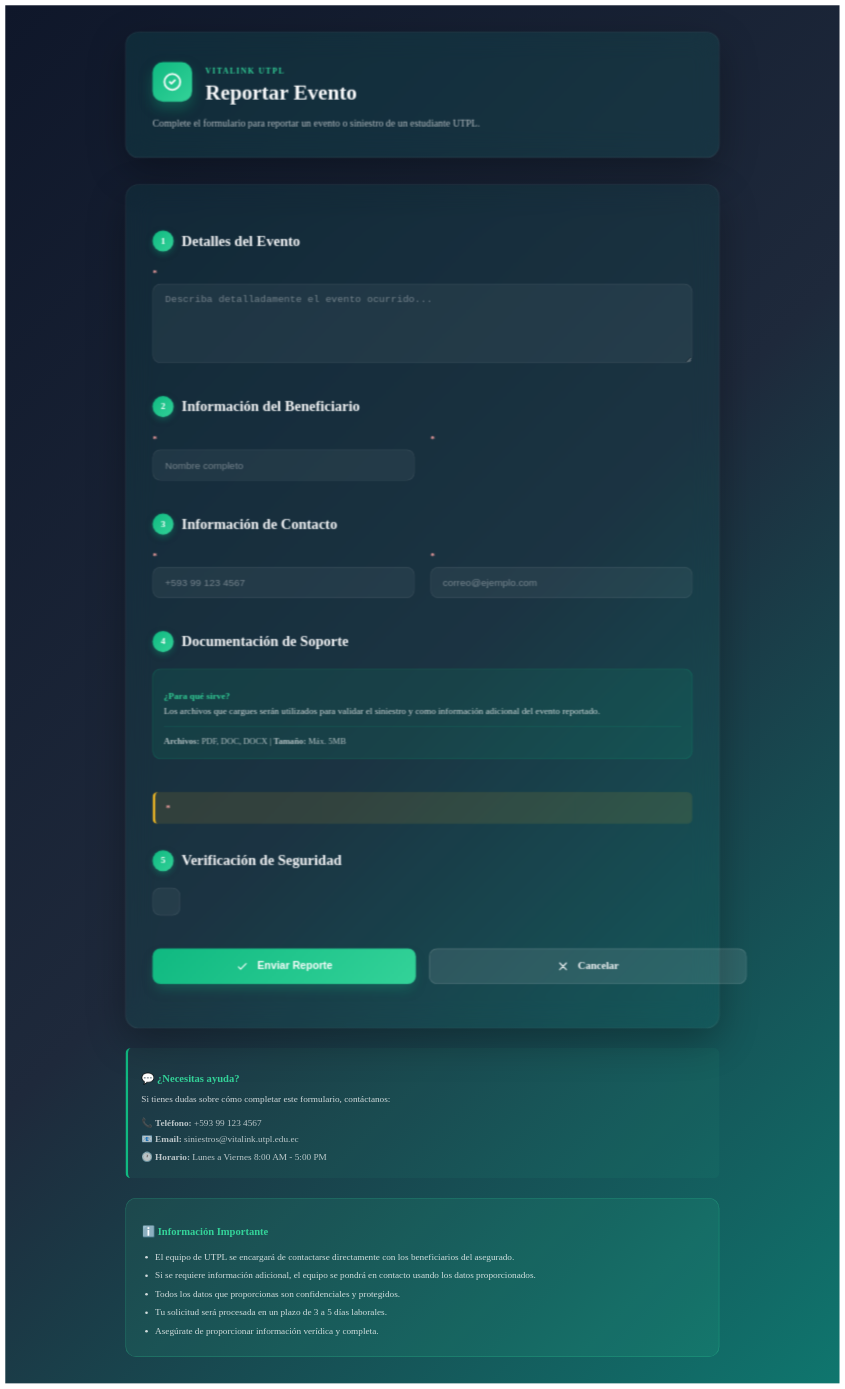
Repository: Carlosmicael/seguroVitaLink
Page: templates/siniestros/formulario_activacion.html
The author's editor kept a copy of each file at every save. The page is drawn from the files as they stood at one save, then again after the next save.
The browser window is 1280 px wide. The pictures show the whole page, at 66% of full size.
The template is drawn by Django 5.2. The application's start-up code is not run. Other server files are loaded and not shown. The template is opened directly, without the code that normally fills it, so the values that code supplies are empty.

Above is the page before, as saved 2026-01-22 21:48:46.

### templates/siniestros/formulario_activacion.html
{% load static %}


{% block content %}
<style>
@keyframes fadeIn {
    from { opacity: 0; transform: translateY(20px); }
    to { opacity: 1; transform: translateY(0); }
}

.form-section {
    animation: fadeIn 0.6s ease-out;
}

.input-field {
    background: rgba(255, 255, 255, 0.05);
    border: 1px solid rgba(255, 255, 255, 0.1);
    border-radius: 12px;
    padding: 14px 18px;
    color: #f9fafb;
    font-size: 15px;
    transition: all 0.3s ease;
    width: 100%;
}

.input-field:focus {
    outline: none;
    background: rgba(255, 255, 255, 0.08);
    border-color: #10b981;
    box-shadow: 0 0 0 3px rgba(16, 185, 129, 0.1);
}

.input-field::placeholder {
    color: rgba(255, 255, 255, 0.4);
}

textarea.input-field {
    min-height: 120px;
    resize: vertical;
}

select.input-field {
    appearance: none;
    background-image: url("data:[embedded picture, 228 characters]");
    background-repeat: no-repeat;
    background-position: right 12px center;
    background-size: 20px;
    padding-right: 40px;
}

.btn-primary {
    background: linear-gradient(135deg, #10b981 0%, #34d399 100%);
    color: white;
    font-weight: 700;
    padding: 16px 40px;
    border-radius: 12px;
    font-size: 16px;
    border: none;
    cursor: pointer;
    transition: all 0.3s ease;
    box-shadow: 0 10px 20px -5px rgba(16, 185, 129, 0.3);
    width: 100%;
}

.btn-primary:hover {
    transform: translateY(-2px);
    box-shadow: 0 15px 30px -5px rgba(16, 185, 129, 0.4);
}

.btn-secondary {
    background: rgba(255, 255, 255, 0.1);
    color: #f9fafb;
    font-weight: 600;
    padding: 16px 40px;
    border-radius: 12px;
    font-size: 16px;
    border: 1px solid rgba(255, 255, 255, 0.2);
    cursor: pointer;
    transition: all 0.3s ease;
    text-align: center;
    text-decoration: none;
    display: inline-block;
    width: 100%;
}

.btn-secondary:hover {
    background: rgba(255, 255, 255, 0.15);
    border-color: rgba(255, 255, 255, 0.3);
}

.section-badge {
    display: inline-flex;
    align-items: center;
    justify-content: center;
    width: 32px;
    height: 32px;
    background: linear-gradient(135deg, #10b981 0%, #34d399 100%);
    border-radius: 50%;
    color: white;
    font-weight: 700;
    font-size: 14px;
    margin-right: 12px;
    box-shadow: 0 4px 10px rgba(16, 185, 129, 0.3);
}

.label-text {
    color: rgba(255, 255, 255, 0.9);
    font-size: 14px;
    font-weight: 600;
    margin-bottom: 8px;
    display: block;
}

.error-text {
    color: #fca5a5;
    font-size: 13px;
    margin-top: 6px;
}

.info-box {
    background: rgba(16, 185, 129, 0.1);
    border: 1px solid rgba(16, 185, 129, 0.3);
    border-radius: 12px;
    padding: 16px;
    margin-bottom: 20px;
}

.help-box {
    background: rgba(52, 211, 153, 0.05);
    border-left: 4px solid #10b981;
    border-radius: 8px;
    padding: 20px;
    margin-top: 30px;
}

.checkbox-wrapper {
    display: flex;
    align-items: start;
    gap: 12px;
    background: rgba(251, 191, 36, 0.1);
    border-left: 4px solid #fbbf24;
    border-radius: 8px;
    padding: 16px;
}

.checkbox-wrapper input[type="checkbox"] {
    width: 20px;
    height: 20px;
    cursor: pointer;
    margin-top: 2px;
}

.file-input-wrapper {
    position: relative;
}

.file-input-wrapper input[type="file"] {
    width: 100%;
    padding: 14px;
    background: rgba(255, 255, 255, 0.05);
    border: 2px dashed rgba(255, 255, 255, 0.2);
    border-radius: 12px;
    color: #f9fafb;
    cursor: pointer;
    transition: all 0.3s ease;
}

.file-input-wrapper input[type="file"]:hover {
    background: rgba(255, 255, 255, 0.08);
    border-color: #10b981;
}
</style>

<main style="background: linear-gradient(135deg, #0f172a 0%, #1e293b 50%, #0f766e 100%); min-height: 100vh; padding: 40px 20px;">
    <div style="max-width: 900px; margin: 0 auto;">

        <!-- Header Card -->
        <div style="background: rgba(15, 118, 110, 0.2); backdrop-filter: blur(20px); border-radius: 20px; padding: 40px; margin-bottom: 40px; border: 1px solid rgba(255, 255, 255, 0.1); box-shadow: 0 20px 60px rgba(0, 0, 0, 0.3);">
            <div style="display: flex; align-items: center; gap: 20px; margin-bottom: 16px;">
                <div style="width: 60px; height: 60px; background: linear-gradient(135deg, #10b981 0%, #34d399 100%); border-radius: 16px; display: flex; align-items: center; justify-content: center; box-shadow: 0 10px 20px rgba(16, 185, 129, 0.3);">
                    <svg style="width: 32px; height: 32px; color: white;" fill="none" stroke="currentColor" viewBox="0 0 24 24">
                        <path stroke-linecap="round" stroke-linejoin="round" stroke-width="2" d="M9 12l2 2 4-4m6 2a9 9 0 11-18 0 9 9 0 0118 0z"></path>
                    </svg>
                </div>
                <div>
                    <p style="color: #34d399; font-size: 12px; font-weight: 700; text-transform: uppercase; letter-spacing: 2px; margin-bottom: 4px;">VITALINK UTPL</p>
                    <h1 style="font-size: 32px; font-weight: 900; color: #f9fafb; line-height: 1.2; margin: 0;">Reportar Evento</h1>
                </div>
            </div>
            <p style="color: rgba(255, 255, 255, 0.7); font-size: 15px; line-height: 1.6; margin: 0;">
                Complete el formulario para reportar un evento o siniestro de un estudiante UTPL.
            </p>
        </div>

        <!-- Main Form Card -->
        <div style="background: rgba(15, 118, 110, 0.15); backdrop-filter: blur(20px); border-radius: 20px; padding: 50px 40px; border: 1px solid rgba(255, 255, 255, 0.1); box-shadow: 0 20px 60px rgba(0, 0, 0, 0.3);">
            <form method="POST" enctype="multipart/form-data" id="activacionForm" url="reportar_evento">
                {% csrf_token %}

                <!-- Sección 1: Detalles del Evento -->
                <div style="margin-bottom: 50px;" class="form-section">
                    <h2 style="font-size: 22px; font-weight: 700; color: #f9fafb; margin-bottom: 25px; display: flex; align-items: center;">
                        <span class="section-badge">1</span>
                        Detalles del Evento
                    </h2>

                    <div style="margin-bottom: 24px;">
                        <label for="{{ form.descripcion.id_for_label }}" class="label-text">
                            {{ form.descripcion.label }}
                            <span style="color: #fca5a5;">*</span>
                        </label>
                        <textarea name="{{ form.descripcion.name }}" id="{{ form.descripcion.id_for_label }}" class="input-field" placeholder="Describa detalladamente el evento ocurrido..." required>{{ form.descripcion.value|default:'' }}</textarea>
                        {% if form.descripcion.errors %}
                            <div class="error-text">{{ form.descripcion.errors.0 }}</div>
                        {% endif %}
                    </div>
                </div>

                <!-- Sección 2: Información del Beneficiario -->
                <div style="margin-bottom: 50px;" class="form-section">
                    <h2 style="font-size: 22px; font-weight: 700; color: #f9fafb; margin-bottom: 25px; display: flex; align-items: center;">
                        <span class="section-badge">2</span>
                        Información del Beneficiario
                    </h2>

                    <div style="display: grid; grid-template-columns: repeat(auto-fit, minmax(250px, 1fr)); gap: 24px;">
                        <div>
                            <label for="{{ form.nombre_beneficiario.id_for_label }}" class="label-text">
                                {{ form.nombre_beneficiario.label }}
                                <span style="color: #fca5a5;">*</span>
                            </label>
                            <input type="text" name="{{ form.nombre_beneficiario.name }}" id="{{ form.nombre_beneficiario.id_for_label }}" class="input-field" placeholder="Nombre completo" value="{{ form.nombre_beneficiario.value|default:'' }}" required>
                            {% if form.nombre_beneficiario.errors %}
                                <div class="error-text">{{ form.nombre_beneficiario.errors.0 }}</div>
                            {% endif %}
                        </div>

                        <div>
                            <label for="{{ form.relacion_beneficiario.id_for_label }}" class="label-text">
                                {{ form.relacion_beneficiario.label }}
                                <span style="color: #fca5a5;">*</span>
                            </label>
                            {{ form.relacion_beneficiario }}
                            {% if form.relacion_beneficiario.errors %}
                                <div class="error-text">{{ form.relacion_beneficiario.errors.0 }}</div>
                            {% endif %}
                        </div>
                    </div>
                </div>

                <!-- Sección 3: Contacto -->
                <div style="margin-bottom: 50px;" class="form-section">
                    <h2 style="font-size: 22px; font-weight: 700; color: #f9fafb; margin-bottom: 25px; display: flex; align-items: center;">
                        <span class="section-badge">3</span>
                        Información de Contacto
                    </h2>

                    <div style="display: grid; grid-template-columns: repeat(auto-fit, minmax(250px, 1fr)); gap: 24px;">
                        <div>
                            <label for="{{ form.telefono.id_for_label }}" class="label-text">
                                {{ form.telefono.label }}
                                <span style="color: #fca5a5;">*</span>
                            </label>
                            <input type="tel" name="{{ form.telefono.name }}" id="{{ form.telefono.id_for_label }}" class="input-field" placeholder="+593 99 123 4567" value="{{ form.telefono.value|default:'' }}" required>
                            {% if form.telefono.errors %}
                                <div class="error-text">{{ form.telefono.errors.0 }}</div>
                            {% endif %}
                        </div>

                        <div>
                            <label for="{{ form.email.id_for_label }}" class="label-text">
                                {{ form.email.label }}
                                <span style="color: #fca5a5;">*</span>
                            </label>
                            <input type="email" name="{{ form.email.name }}" id="{{ form.email.id_for_label }}" class="input-field" placeholder="correo@ejemplo.com" value="{{ form.email.value|default:'' }}" required>
                            {% if form.email.errors %}
                                <div class="error-text">{{ form.email.errors.0 }}</div>
                            {% endif %}
                        </div>
                    </div>
                </div>

                <!-- Sección 4: Documentación -->
                <div style="margin-bottom: 50px;" class="form-section">
                    <h2 style="font-size: 22px; font-weight: 700; color: #f9fafb; margin-bottom: 25px; display: flex; align-items: center;">
                        <span class="section-badge">4</span>
                        Documentación de Soporte
                    </h2>

                    <div class="info-box">
                        <p style="color: rgba(255, 255, 255, 0.85); font-size: 14px; line-height: 1.6; margin-bottom: 12px;">
                            <strong style="color: #34d399;">¿Para qué sirve?</strong><br>
                            Los archivos que cargues serán utilizados para validar el siniestro y como información adicional del evento reportado.
                        </p>
                        <hr style="border: none; border-top: 1px solid rgba(16, 185, 129, 0.2); margin: 12px 0;">
                        <p style="color: rgba(255, 255, 255, 0.7); font-size: 13px; line-height: 1.5; margin: 0;">
                            <strong>Archivos:</strong> PDF, DOC, DOCX | <strong>Tamaño:</strong> Máx. 5MB
                        </p>
                    </div>

                    <div class="file-input-wrapper">
                        <label for="{{ form.archivo_documento.id_for_label }}" class="label-text">
                            {{ form.archivo_documento.label }}
                        </label>
                        {{ form.archivo_documento }}
                        {% if form.archivo_documento.errors %}
                            <div class="error-text">{{ form.archivo_documento.errors.0 }}</div>
                        {% endif %}
                    </div>
                </div>

                <!-- Sección 5: Consentimiento -->
                <div style="margin-bottom: 40px;" class="form-section">
                    <div class="checkbox-wrapper">
                        {{ form.acepta_terminos }}
                        <label for="{{ form.acepta_terminos.id_for_label }}" style="color: rgba(255, 255, 255, 0.9); font-size: 14px; font-weight: 600; flex: 1;">
                            {{ form.acepta_terminos.label }}
                            <span style="color: #fca5a5;">*</span>
                        </label>
                    </div>
                    {% if form.acepta_terminos.errors %}
                        <div class="error-text" style="margin-left: 32px;">{{ form.acepta_terminos.errors.0 }}</div>
                    {% endif %}
                </div>

                <!-- Sección 6: reCAPTCHA -->
                <div style="margin-bottom: 40px;" class="form-section">
                    <h2 style="font-size: 22px; font-weight: 700; color: #f9fafb; margin-bottom: 25px; display: flex; align-items: center;">
                        <span class="section-badge">5</span>
                        Verificación de Seguridad
                    </h2>

                    <div style="background: rgba(255, 255, 255, 0.05); border: 1px solid rgba(255, 255, 255, 0.1); border-radius: 12px; padding: 20px; display: inline-block;">
                        {% if form.captcha.errors %}
                            <div class="error-text" style="margin-bottom: 12px;">{{ form.captcha.errors.0 }}</div>
                        {% endif %}
                        {{ form.captcha }}
                    </div>
                </div>

                <!-- Botones de Acción -->
                <div style="display: grid; grid-template-columns: repeat(auto-fit, minmax(200px, 1fr)); gap: 20px; margin-top: 50px;">
                    <button type="submit" class="btn-primary" >
                        <svg style="display: inline-block; width: 20px; height: 20px; margin-right: 8px; vertical-align: middle;" fill="none" stroke="currentColor" viewBox="0 0 24 24">
                            <path stroke-linecap="round" stroke-linejoin="round" stroke-width="2" d="M5 13l4 4L19 7"></path>
                        </svg>
                        Enviar Reporte
                    </button>
                    <a href="{% url 'inicio' %}" class="btn-secondary">
                        <svg style="display: inline-block; width: 20px; height: 20px; margin-right: 8px; vertical-align: middle;" fill="none" stroke="currentColor" viewBox="0 0 24 24">
                            <path stroke-linecap="round" stroke-linejoin="round" stroke-width="2" d="M6 18L18 6M6 6l12 12"></path>
                        </svg>
                        Cancelar
                    </a>
                </div>
            </form>
        </div>

        <!-- Help Box -->
        <div class="help-box">
            <h3 style="color: #34d399; font-size: 16px; font-weight: 700; margin-bottom: 12px;">💬 ¿Necesitas ayuda?</h3>
            <p style="color: rgba(255, 255, 255, 0.8); font-size: 14px; margin-bottom: 16px;">Si tienes dudas sobre cómo completar este formulario, contáctanos:</p>
            <div style="color: rgba(255, 255, 255, 0.7); font-size: 14px; line-height: 1.8;">
                <p style="margin: 0;">📞 <strong>Teléfono:</strong> +593 99 123 4567</p>
                <p style="margin: 0;">📧 <strong>Email:</strong> siniestros@vitalink.utpl.edu.ec</p>
                <p style="margin: 0;">🕐 <strong>Horario:</strong> Lunes a Viernes 8:00 AM - 5:00 PM</p>
            </div>
        </div>

        <!-- Info Box -->
        <div style="margin-top: 30px; background: rgba(52, 211, 153, 0.1); border: 1px solid rgba(52, 211, 153, 0.3); border-radius: 16px; padding: 24px;">
            <h3 style="color: #34d399; font-size: 16px; font-weight: 700; margin-bottom: 16px;">ℹ️ Información Importante</h3>
            <ul style="color: rgba(255, 255, 255, 0.8); font-size: 14px; line-height: 2; margin: 0; padding-left: 20px;">
                <li>El equipo de UTPL se encargará de contactarse directamente con los beneficiarios del asegurado.</li>
                <li>Si se requiere información adicional, el equipo se pondrá en contacto usando los datos proporcionados.</li>
                <li>Todos los datos que proporcionas son confidenciales y protegidos.</li>
                <li>Tu solicitud será procesada en un plazo de 3 a 5 días laborales.</li>
                <li>Asegúrate de proporcionar información verídica y completa.</li>
            </ul>
        </div>
    </div>
</main>

<script>
document.addEventListener('DOMContentLoaded', function() {
    const formFields = document.querySelectorAll('input[type="text"], input[type="email"], input[type="tel"], select, textarea');
    formFields.forEach(field => {
        if (!field.classList.contains('input-field')) {
            field.classList.add('input-field');
        }
    });

    const fileInput = document.querySelector('input[type="file"]');
    if (fileInput && !fileInput.classList.contains('input-field')) {
        fileInput.style.cssText = `
            width: 100%;
            padding: 14px;
            background: rgba(255, 255, 255, 0.05);
            border: 2px dashed rgba(255, 255, 255, 0.2);
            border-radius: 12px;
            color: #f9fafb;
            cursor: pointer;
            transition: all 0.3s ease;
        `;
    }
});
</script>
{% endblock %}

{% block extra_js %}
<script src="https://www.google.com/recaptcha/api.js" async defer></script>
{% endblock %}

After the next save:
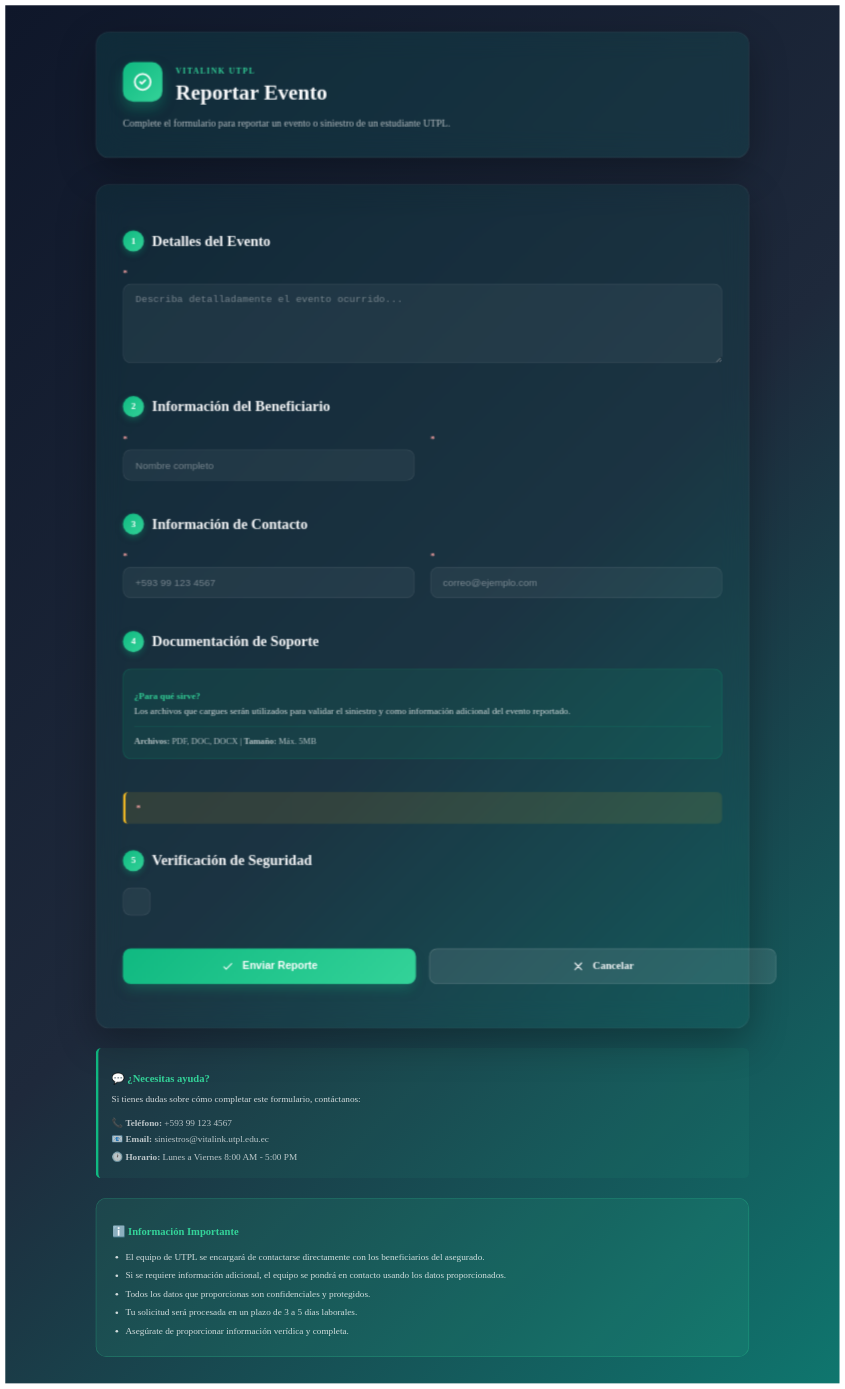
Saved 9 s later.
--- a/templates/siniestros/formulario_activacion.html
+++ b/templates/siniestros/formulario_activacion.html
@@ -172,7 +172,7 @@
 </style>
 
 <main style="background: linear-gradient(135deg, #0f172a 0%, #1e293b 50%, #0f766e 100%); min-height: 100vh; padding: 40px 20px;">
-    <div style="max-width: 900px; margin: 0 auto;">
+    <div style="max-width: 990px; margin: 0 auto;">
 
         <!-- Header Card -->
         <div style="background: rgba(15, 118, 110, 0.2); backdrop-filter: blur(20px); border-radius: 20px; padding: 40px; margin-bottom: 40px; border: 1px solid rgba(255, 255, 255, 0.1); box-shadow: 0 20px 60px rgba(0, 0, 0, 0.3);">
